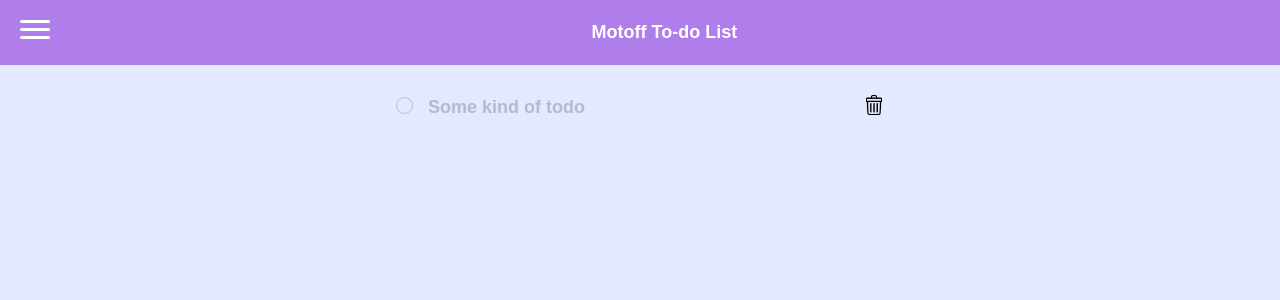
Repository: Amad-Mlinka/Todo-List-Vanilla-JS
Page: index.html
These files come from the project's save history. The page is drawn as it stood at one moment and after the next save; the edit follows.
The browser window is 1280 px wide. The pictures show the whole page.
The page's requests for data from a server got no answer.

Above is the page before, as saved 2021-09-15 01:02:07.

### index.html
<!DOCTYPE html>
<html lang="en">
  <head>
    <meta charset="UTF-8" />
    <meta http-equiv="X-UA-Compatible" content="IE=edge" />
    <meta name="viewport" content="width=device-width, initial-scale=1.0" />
    <title>ToDo list</title>
    <link rel="stylesheet" href="/styles/style.css" />
    <link rel="stylesheet" href="/styles/hamburger.css" />
    <link rel="stylesheet" href="/styles/header.css" />
    <script src="script.js"></script>
  </head>
  <body>
    <div class="headerContainer">
      <div class="header">
        <div class="hamburger" id="hamburger">
          <span></span>
          <span></span>
          <span></span>
        </div>
        <div class="titleContainer">
          <span class="title">Motoff To-do List</span>
        </div>
      </div>

      <div class="sidebar"></div>
    </div>
    <div class="container">
      <div class="listContainer">
        <div class="list">
          <div class="todoItem">
            <div class="checkDescription">
              <div class="todoCheck"><span class="checkCircle"></span></div>
              <div class="todoDescription">
                <span class="todoText">Some kind of todo</span>
              </div>
            </div>

            <div class="todoDelete">
              <div class="deleteIconContainer">
                <img class="deleteIcon" src="/public/images/trash.png" alt="" />
              </div>
              <div class="deleteTooltip"></div>
            </div>
          </div>
        </div>
        <div class="addBtnContainer">
          <div class="addTaskBtn"></div>
        </div>
      </div>
    </div>
  </body>
</html>

### styles/style.css
* {
  padding: 0;
  margin: 0;
}

body{
  background-color: rgb(227, 233, 255)
}
.container{
  width: 75%;
  margin: auto;
  height: 100%;
  display: flex;
  flex-direction: column;
  align-items: center;
}
.listContainer{
  width: 60%;
}
.list{
  display: flex;
  flex-direction: column;
  width: 100%;
  margin: 30px auto;

}
.todoItem{
  display: flex;
  flex-direction: row;
  width: 100%;
  justify-content: space-around;
  align-items: center;
}
.checkDescription{
  width:66%;
  display: flex;
  align-items: center;
}
.todoCheck{
  margin-right: 15px;
}

.deleteIcon{
  width: 20px;
  color: #b7bac9;
}
.checkCircle{
  height: 15px;
  width: 15px;
  background-color: transparent;
  border: 1px solid #b7bac9;
  border-radius: 50%;
  display: inline-block;
}
.todoDescription{
  font-family: sans-serif;
  font-size:18px;
  font-weight: bolder;
  color: #b7bac9;
}

### styles/hamburger.css

  .hamburger {
    width: 30px;
    height: 25px;
    position: relative;
    -webkit-transform: rotate(0deg);
    -moz-transform: rotate(0deg);
    -o-transform: rotate(0deg);
    transform: rotate(0deg);
    -webkit-transition: 0.5s ease-in-out;
    -moz-transition: 0.5s ease-in-out;
    -o-transition: 0.5s ease-in-out;
    transition: 0.5s ease-in-out;
    cursor: pointer;
    margin: 10px;
  }

  .hamburger span {
    position: absolute;
    height: 3px;
    width: 30px;
    background: white;
    border-radius: 10px;
    opacity: 1;
    left: 0;
    -webkit-transform: rotate(0deg);
    -moz-transform: rotate(0deg);
    -o-transform: rotate(0deg);
    transform: rotate(0deg);
    -webkit-transition: 0.25s ease-in-out;
    -moz-transition: 0.25s ease-in-out;
    -o-transition: 0.25s ease-in-out;
    transition: 0.25s ease-in-out;
  }


  .hamburger span:nth-child(1) {
  top: 0px;
  -webkit-transform-origin: left center;
  -moz-transform-origin: left center;
  -o-transform-origin: left center;
  transform-origin: left center;
  }

  .hamburger span:nth-child(2) {
  top: 8px;
  -webkit-transform-origin: left center;
  -moz-transform-origin: left center;
  -o-transform-origin: left center;
  transform-origin: left center;
  }

  .hamburger span:nth-child(3) {
  top: 16px;
  -webkit-transform-origin: left center;
  -moz-transform-origin: left center;
  -o-transform-origin: left center;
  transform-origin: left center;
  }

  .hamburger.open span:nth-child(1) {
  -webkit-transform: rotate(45deg);
  -moz-transform: rotate(45deg);
  -o-transform: rotate(45deg);
  transform: rotate(45deg);
  top: -3px;
  left: 4px;
  }

  .hamburger.open span:nth-child(2) {
  width: 0%;
  opacity: 0;
  }

  .hamburger.open span:nth-child(3) {
  -webkit-transform: rotate(-45deg);
  -moz-transform: rotate(-45deg);
  -o-transform: rotate(-45deg);
  transform: rotate(-45deg);
  top: 18px;
  left: 4px;
  }

### styles/header.css
.header{
    display: flex;
    flex-direction: row;
    justify-content:space-between;
    background-color:#af7eea;
    padding: 10px;
}
.titleContainer{
    width: 100%;
    display: flex;
}
.title{
    color: white;
    margin: auto;
    font-family: sans-serif;
    font-size:18px;
    font-weight: bolder;
}

### script.js
var getTodos = async () => {
    var res = await fetch("https://jsonplaceholder.typicode.com/todos");
    var todosFull = await res.json();
    var todos=todosFull.slice(0, 20);
    console.log("Todos loaded")
    return todos;
}

document.addEventListener("DOMContentLoaded", async function () {
    const hamburger = document.getElementById("hamburger");
    hamburger.addEventListener("click", function () {
        if (this.classList.contains("open")) {
            this.classList.remove("open")
        } else {
            this.classList.add("open")
        }

    })
    console.log("Hamburger loaded");
    todos = await getTodos();





});

After the next save:
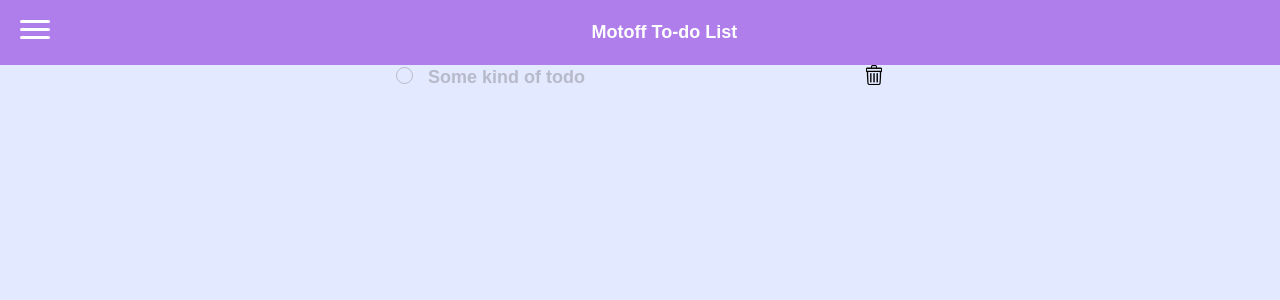
Saved 69 s later.
--- a/index.html
+++ b/index.html
@@ -27,7 +27,7 @@
     </div>
     <div class="container">
       <div class="listContainer">
-        <div class="list">
+        <div class="listItem">
           <div class="todoItem">
             <div class="checkDescription">
               <div class="todoCheck"><span class="checkCircle"></span></div>

After the save that followed:
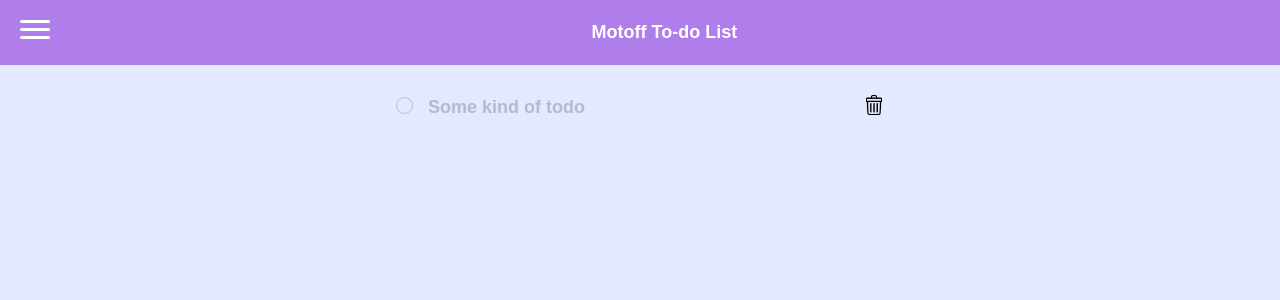
Saved 23 s later.
--- a/index.html
+++ b/index.html
@@ -27,7 +27,7 @@
     </div>
     <div class="container">
       <div class="listContainer">
-        <div class="listItem">
+        <div class="list">
           <div class="todoItem">
             <div class="checkDescription">
               <div class="todoCheck"><span class="checkCircle"></span></div>
